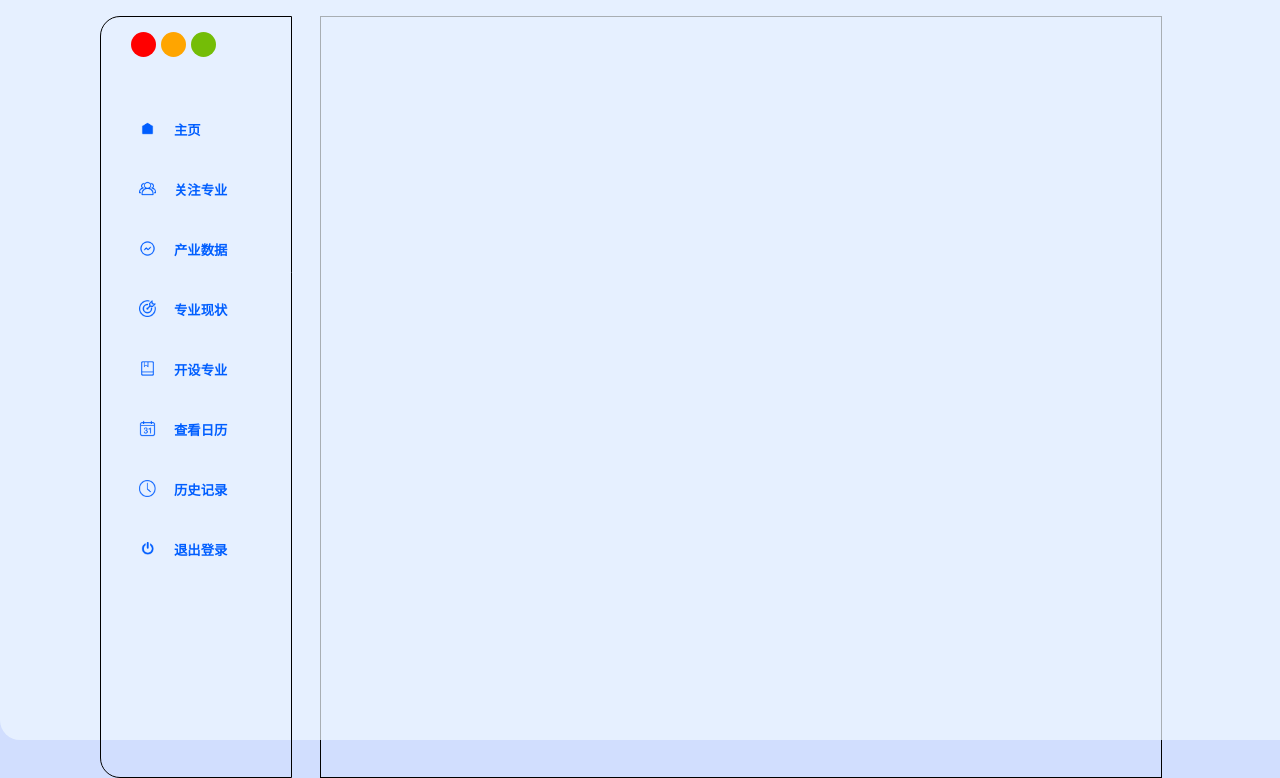
Repository: akaCSDN/test
Page: 2.1主页.html
These files come from the project's save history. The page is drawn as it stood at one moment and after the next save; the edit follows.
The browser window is 1280 px wide. The pictures show the whole page.

Above is the page before, as saved 2022-12-03 22:06:57.

### 2.1主页.html
<!DOCTYPE html>
<html lang="en">
<head>
    <meta charset="UTF-8">
    <meta http-equiv="X-UA-Compatible" content="IE=edge">
    <meta name="viewport" content="width=device-width, initial-scale=1.0,minimum-scale=1.0,maximum-scale=1.0,user-scal=no">
    <title>Document</title>
    <script src="./JS/jquery-3.6.0.js"></script>
    <style type="text/css">
        *{
            margin: 0;
            padding: 0;
            border: 0;
        }
        .main{
            width: 1300px;
            height: 760px;
            /* border: 1px solid black; */
            border-radius: 20px;
            background-color: aliceblue;
            opacity: 0.7;
            position: fixed;
            top: 0;
            right: 0;
            bottom: 0;
            left: 0;
            margin: auto;

        }
        .left{
            width: 190px;
            height: 760px;
            border-radius: 20px 0px 0px 20px;
            border-right: 3px solid rgba(146, 169, 213, 0.622);
            border: 1px solid black;
            position: absolute;
            margin-left: 100px;
            /* margin-top: 1px; */
            position: fixed;
        }
        .circle-point{
            width: 100px;
            height: 30px;
            /* border: 1px solid black; */
            margin-left: 25px;
            margin-top: 15px;
        }
        .circle-point div{
            width: 25px;
            height: 25px;
            border-radius: 100% 100% 100% 100%;
            float: left;
            opacity: 1;
            /* position: absolute; */
            margin-left: 5px;

        }
        .button{
            width: auto;
            height: auto;
            /* border: 1px solid black; */
            margin-top: 50px;


        }
        .button li{
            list-style-type: none;
            /* border: 1px solid black; */
            margin-top: 25px;
            width: 150px;
            margin-left: 13px;
            border-radius: 10px;
            /* background-color: rgb(255, 255, 255); */
            /* display:none ; */

        }
        .button button{
            width: 90px;
            height: 35px;
            text-align: left;
            margin-left: 60px;
            /* color: rgba(0, 94, 255, 0.909); */
            color: #005EFF;
            font-weight: 600;
            /* margin-top: 30px; */
            background: none;
            pointer-events: fill;


        }
        .button img{
            width: 17px;
            height: 17px;
            position: absolute;
            margin-top: 8px;
            margin-left: 25px;
        }
        .right{
            width: 840px;
            height: 760px;
            border: 1px solid black;
            margin-left: 320px;
            margin-top: 16px;
        }
    </style>
</head>
<body style="background-color: rgb(209, 222, 254);">

    <div class="main">
    </div>
    <div class="left">
        <div class="circle-point">
            <div style="background-color: red;"></div>
            <div style="background-color: orange;"></div>
            <div style="background-color:rgb(116, 189, 7);"></div>
        </div>
        <div class="button">
                <li><img src="./icon/主页.png" alt=""><button>主页</button></li>
                <li><img src="./icon/专业.png" alt=""><button>关注专业</button></li>
                <li><img src="./icon/数据.png" alt=""><button>产业数据</button></li>
                <li><img src="./icon/现状.png" alt=""><button>专业现状</button></li>
                <li><img src="./icon/开设.png" alt=""><button>开设专业</button></li>
                <li><img src="./icon/日历.png" alt=""><button>查看日历</button></li>
                <li><img src="./icon/历史.png" alt=""><button>历史记录</button></li>
                <li><img src="./icon/退出.png" alt=""><button>退出登录</button></li>
        </div>
    </div>
    <div class="right">

    </div>


</body>
<script>
    $(document).ready(function(){
            $(".button li").mouseover(function(){
                $(this).css("background-color","white")


        })

        $(".button li").mouseleave(function(){
                $(this).css("background","none")
        })
        $(".button li").click(function(){
            var name=$(this).text();
            switch (name) {
                case '关注专业':

                    break;

                default:
                    break;
            }
        })

    })
</script>
</html>

Loaded but not shown: JS/jquery-3.6.0.js (library)

After the next save:
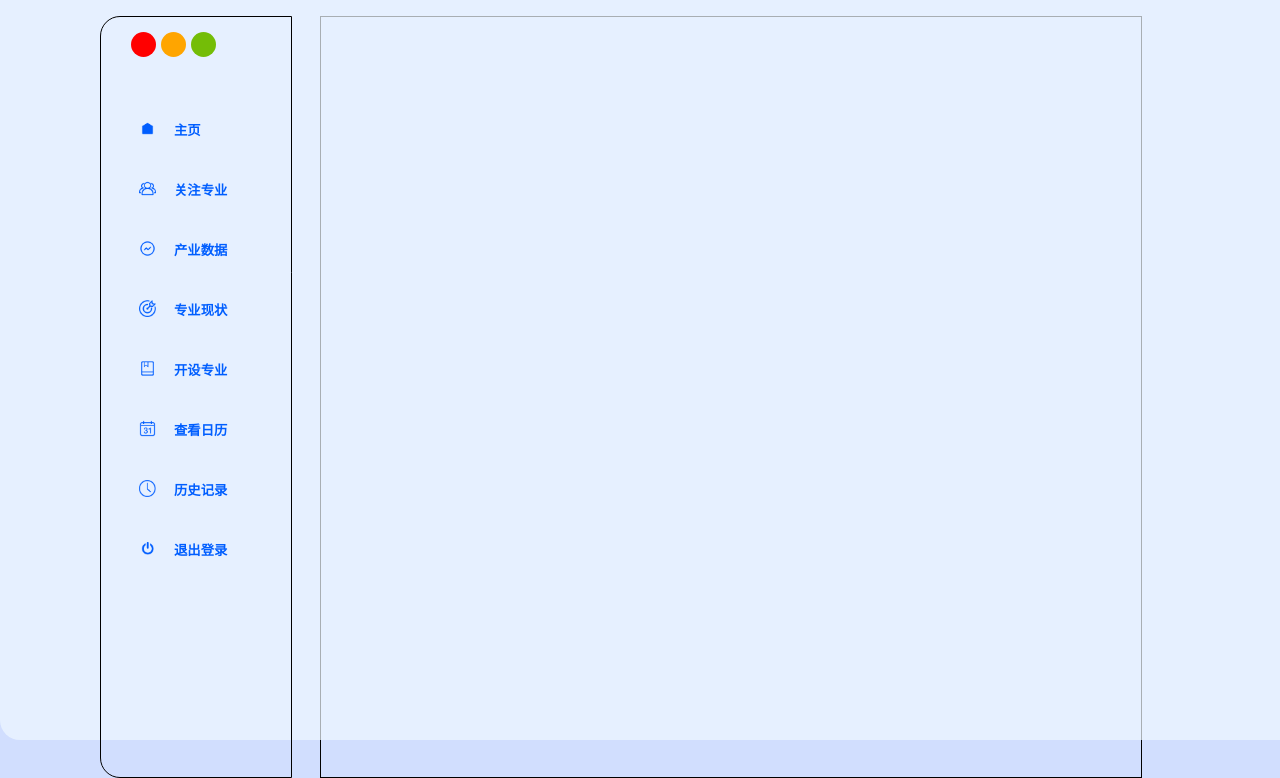
Saved 10 s later.
--- a/2.1主页.html
+++ b/2.1主页.html
@@ -96,7 +96,7 @@
             margin-left: 25px;
         }
         .right{
-            width: 840px;
+            width: 820px;
             height: 760px;
             border: 1px solid black;
             margin-left: 320px;
